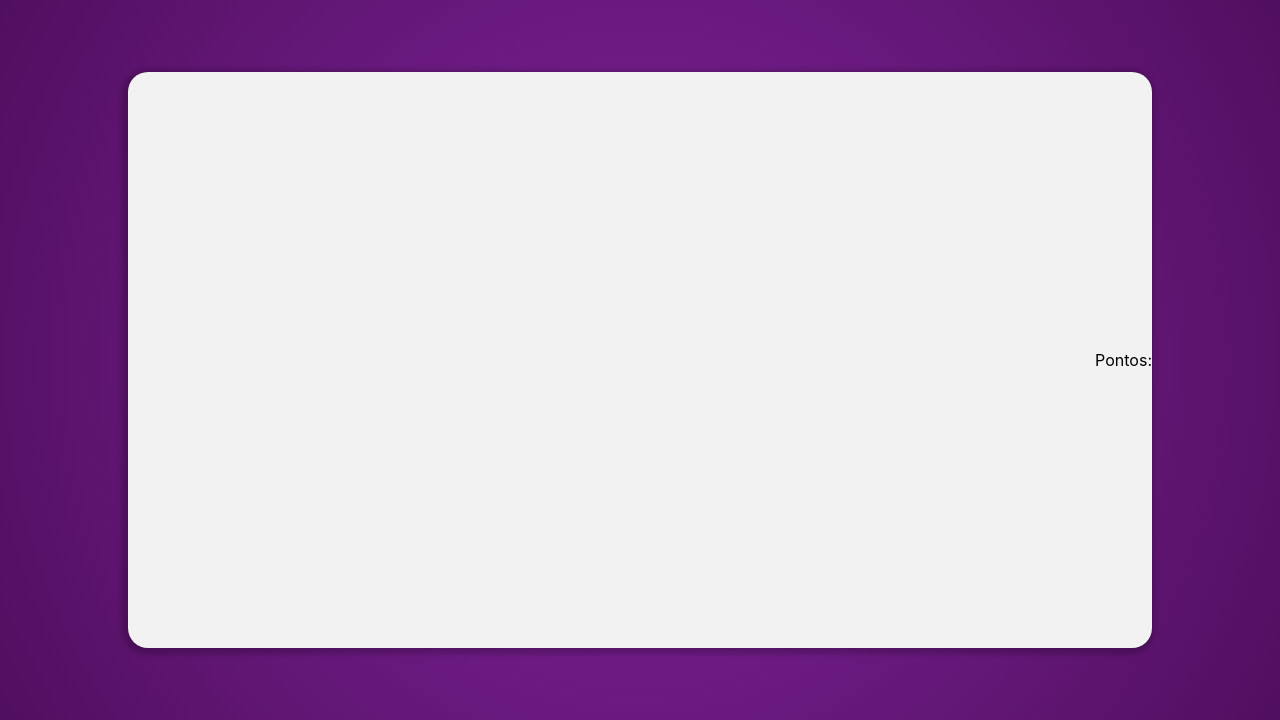
Repository: gabrielejandres/bd-final-project
Page: /play (app in frontend/)
The author's editor kept a copy of each file at every save. The page is drawn from the files as they stood at one save, then again after the next save.
The browser window is 1280 px wide. The pictures show the whole page.
The project was rebuilt for these pictures with package versions that can differ from the ones it lists, and the page was loaded fresh each time. Also part of the build but not shown: frontend/src/App.css, frontend/src/components/Button/index.jsx, frontend/src/components/Logo/style.css, frontend/src/components/Logo/index.jsx, frontend/src/components/Footer/Login/index.jsx, frontend/src/pages/Login/index.jsx, frontend/src/components/Footer/Home/style.css, frontend/src/components/Footer/Home/index.jsx and 1 more.

Above is the page before, as saved 2022-03-05 21:25:30.

### frontend/src/App.js
import './App.css';
import Login from './pages/Login/index.jsx'
import Home from './pages/Home/index.jsx'
import Play from './pages/Play/index.jsx';
import {BrowserRouter, Route, Routes} from 'react-router-dom';


function App() {
  return (
    <div>
      <BrowserRouter>
          <Routes>
            <Route path="/login" element={<Login/>}/>
            <Route path="/" element={<Home/>}/>
            <Route path="/play" element={<Play/>}/>
          </Routes>
      </BrowserRouter>
    </div>
  );
}

export default App;

### frontend/src/pages/Play/index.jsx
import './style.css'

export default function Play(){
  return (
    <div className="main-page">
      <div className="score"> Pontos: {}</div>
      <div className="game-container">
        <div>
          <div>

          </div>
          <div>

          </div>
        </div>
      </div>
    </div>
  )
}

### frontend/src/pages/Login/style.css
@import url('https://fonts.googleapis.com/css2?family=Montserrat:wght@100;400;700;900&display=swap');

:root {
    --color-brand-primary: #510F60;
    --color-brand-secondary: #F17E50;

    --color-neutral-lightest: #F2F2F2;
    --color-neutral-medium: rgba(133,133,133, 1);
    --color-neutral-darkest: #363636;

    --primary-brand-font: 'Montserrat', sans-serif;
}

.main-page {
  background-image: radial-gradient(circle, #81249C, var(--color-brand-primary));

  height: 100vh;

  display: flex;
  justify-content: center;
  align-items: center;
}

.logo img {
  height: 15vh;

  display: flex;
  justify-content: center;
  align-items: center;
}

.container-login {
  width: 40vw;
  height: 60vh;

  display: flex;
  align-items: center;
  justify-content: center;
  flex-direction: column;

  background-color: var(--color-neutral-lightest);

  border-radius: 20px;
  box-shadow: -2px 2px 5px 4px rgba(0,0,0,0.2) ;
}

.access-area {
  display: flex;
  justify-content: center;

  width: 35vw;
}

.user-interaction {
  display: flex;
  align-items: center;
  flex-direction: column;
  justify-content: center;

  margin-left: 1.5vw;
}

.profile {
  width: auto;
  height: auto;

  margin-top: 30px;
  margin-bottom: 50px;
}

.profile img {
  height: 150px;
  width: auto;
}

.input{
  border-radius: 10px;
  border: 1px solid var(--color-neutral-medium);

  height: 24px;
  width: 12vw;

  margin-bottom: 2.5vh;
  padding: 1vh;

  background-color: rgba(133,133,133, 0.2);

  font-family: var(--primary-brand-font);
}

input:focus {
  outline: none;
}

.container-footer {
  width: 100%;

  display: flex;
  align-items: center;
  justify-content: center;
}

.continue-button {
  display: flex;
  align-items: center;
  justify-content: center;
}

### frontend/src/pages/Home/style.css
@import url('https://fonts.googleapis.com/css2?family=Montserrat:wght@100;400;700;900&display=swap');

:root{
    --color-brand-primary: #510F60;
    --color-brand-secondary: #F17E50;
    --color-neutral-lightest: #F2F2F2;
    --primary-brand-font: 'Montserrat', sans-serif;
}

.container{
    width: 35vw;
    height: 65vh;
    display: flex;
    align-items: center;
    justify-content: center;
    flex-direction: column;
    background-color: var(--color-neutral-lightest);
    border-radius: 20px;
    box-shadow: -2px 2px 5px 4px rgba(0,0,0,0.2) ;
    color: var(--color-neutral-darkest);
}

.container-content{
    display: flex;
    flex-direction: column;
    align-items: center;
    height: 80%;
    margin-top: 50px;
}

.buttons-area{
    display: flex;
    flex-direction: column;
    height: 26vh;
    align-items: center;
    justify-content: space-evenly;
    width: 100%;
    margin-top: 5.5vh;
}

.logo {
    width: 35vw;
    display: flex;
    justify-content: center;
    align-items: center;
}

### frontend/src/pages/Play/style.css
.game-container{
  width: 80vw;
  height: 80vh;
  display: flex;
  align-items: center;
  justify-content: center;
  flex-direction: column;
  background-color: var(--color-neutral-lightest);
  border-radius: 20px;
  box-shadow: -2px 2px 5px 4px rgba(0,0,0,0.2) ;
}

.score{
  position: absolute;
  right: 10vw;
}

### frontend/src/components/Button/style.css
@import url('https://fonts.googleapis.com/css2?family=Montserrat:wght@100;400;500;700;900&display=swap');

:root{
    --color-brand-primary: #510F60;
    --color-brand-secondary: #F17E50;

    --color-neutral-lightest: #F2F2F2;
    --color-neutral-darkest: #363636;

    --primary-brand-font: 'Montserrat', sans-serif;
}

.button {
  cursor: pointer;
  border-radius:30px;
  line-height: 2.5rem;
  font-family: var(--primary-brand-font);
  font-weight: 500;
  height: 4vh;
  display: flex;
  align-items: center;
  justify-content: center;

  border: 1px solid var(--color-neutral-lightest);
  background-image: linear-gradient(-180deg, var(--color-brand-secondary) 0%, #E66038 100%);
  box-shadow: 0 0 0.25rem 0 grey,
              0 -0.25rem 1.5rem rgba(255, 255, 255, 0.1) inset,
              0 0.75rem 0.5rem rgba(255,255,255, 0.4) inset,
              0 0.25rem 0.5rem 0 rgba(255, 255, 255, 0.3) inset;

  color: var(--color-neutral-lightest);

  padding: 2.5vh;
}

### frontend/src/components/Footer/Login/style.css
@import url('https://fonts.googleapis.com/css2?family=Montserrat:wght@100;400;700;900&display=swap');

:root {
    --color-brand-primary: #510F60;
    --color-brand-secondary: #F17E50;

    --color-neutral-lightest: #F2F2F2;
    --color-neutral-medium: rgba(133,133,133, 1);
    --color-neutral-darkest: #363636;

    --primary-brand-font: 'Montserrat', sans-serif;
}

.text-login hr{
    width: 6vw;
    border: 0;
    height: 1.90px;
    background-color: grey;
    margin-top: 1.2vh;
    margin-left: 0.5vw;
    margin-right: 0.5vw;
}

.text-login {
    display: flex;
    justify-content:center;
    align-items: center;

    color: var(--color-neutral-darkest);

    font-family: var(--primary-brand-font);
}

.login-icons {
    display: flex;
    justify-content: center;
}

.login-icons img {
    width: auto;
    height: 35px;

    padding: 0.5vw;
}

Loaded but not shown: frontend/public/index.html (common file); frontend/src/index.js (common file); frontend/src/index.css (common file)

After the next save:
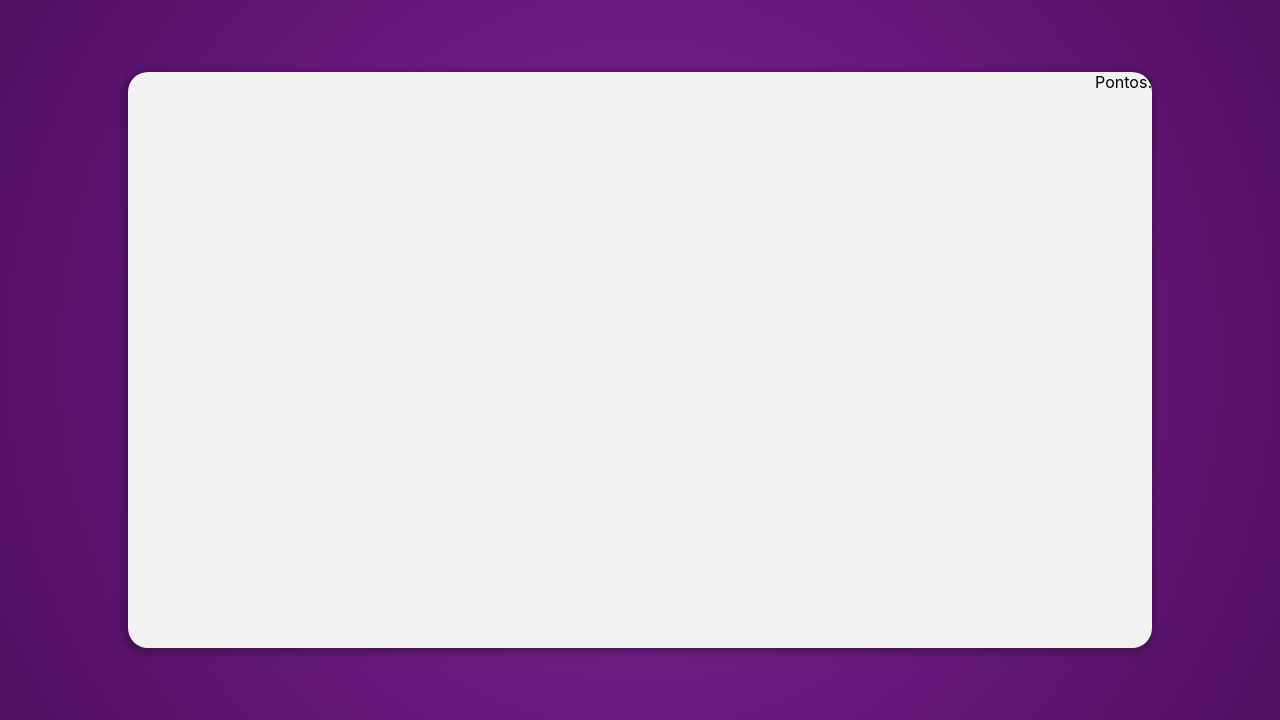
Saved 44 s later.
--- a/frontend/src/pages/Play/style.css
+++ b/frontend/src/pages/Play/style.css
@@ -13,4 +13,5 @@
 .score{
   position: absolute;
   right: 10vw;
+  top: 10vh;
 }
